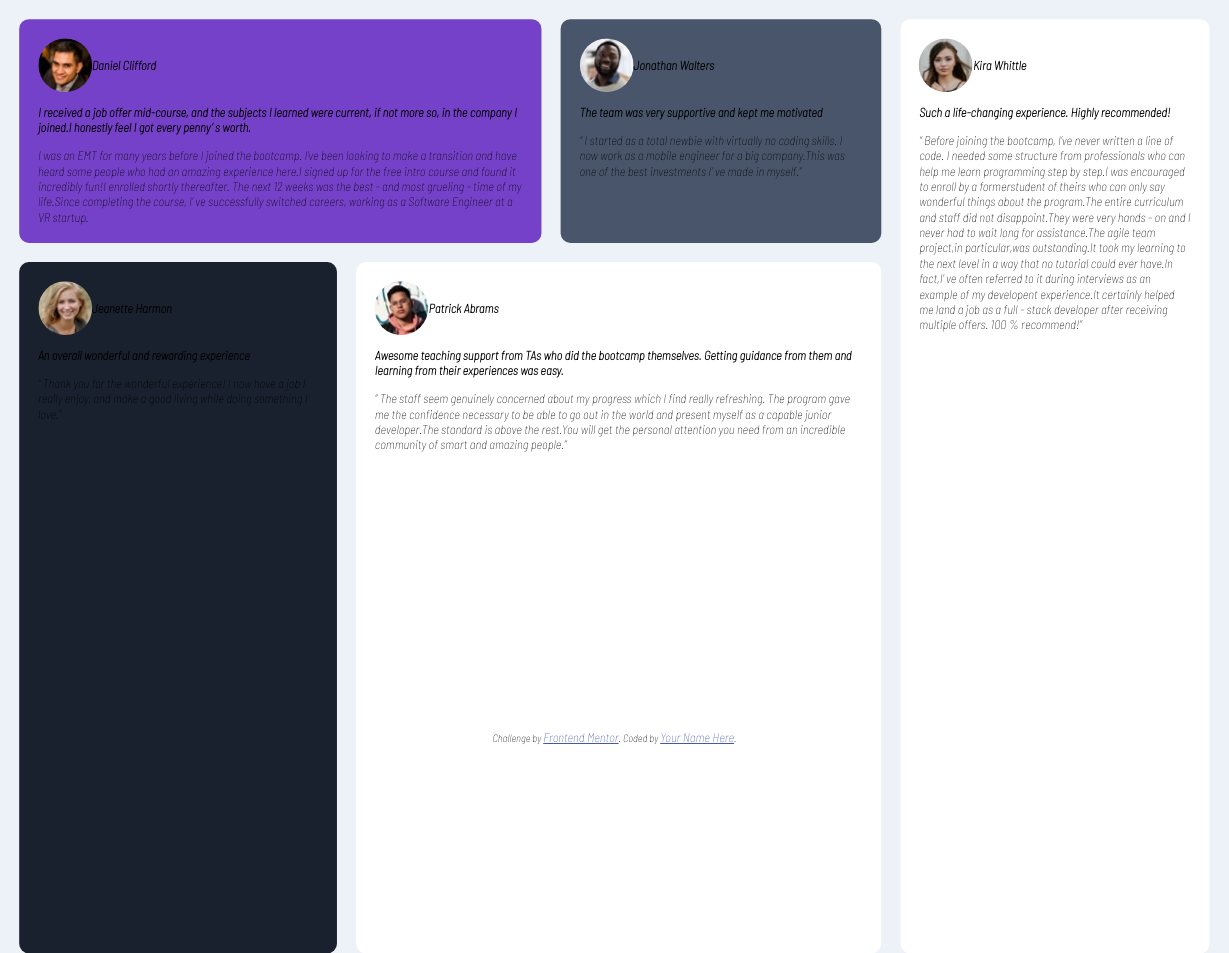
Repository: ibtihelbs/testimonials-grid-section-main
Page: index.html
The author's editor kept a copy of each file at every save. The page is drawn from the files as they stood at one save, then again after a run of saves.
The browser window is 1280 px wide. The pictures show the whole page, at 96% of full size.

Above is the page before, as saved 2022-04-13 16:57:56.

### index.html
<!DOCTYPE html>
<html lang="en">
<head>
  <meta charset="UTF-8">
  <meta name="viewport" content="width=device-width, initial-scale=1.0"> <!-- displays site properly based on user's device -->
  <link rel="stylesheet" href="style.css">
  <link rel="icon" type="image/png" sizes="32x32" href="./images/favicon-32x32.png">

  <title>Frontend Mentor | [Challenge Name Here]</title>

  <!-- Feel free to remove these styles or customise in your own stylesheet 👍 -->
  <style>
    .attribution { font-size: 11px; text-align: center; }
    .attribution a { color: hsl(228, 45%, 44%); }
  </style>
</head>
<body>
  <main>

  </main>
  <div class="attribution">
    Challenge by <a href="https://www.frontendmentor.io?ref=challenge" target="_blank">Frontend Mentor</a>.
    Coded by <a href="#">Your Name Here</a>.
  </div>
  <script src="app.js"></script>
</body>
</html>

### style.css
@import url("https://fonts.googleapis.com/css2?family=Barlow+Semi+Condensed:ital,wght@1,100&display=swap");

:root {
  /*### Primary*/

  --Moderate-violet: hsl(263, 55%, 52%);
  --Grayish-blue: hsl(217, 19%, 35%);
  --Blackish-blue: hsl(219, 29%, 14%);
  --White: hsl(0, 0%, 100%);

  /*### Neutral*/

  --Light-gray: hsl(0, 0%, 81%);
  --Light-grayish-blue: hsl(210, 46%, 95%);
}

* {
  padding: 0;
  margin: 0;
  font-size: 13px;
  font-family: "Barlow Semi Condensed";
  box-sizing: border-box;
}
body {
  background-color: var(--Light-grayish-blue);
}
main {
  height: 100vh;
  display: flex;
  flex-wrap: wrap;
  gap: 20px;
  margin: 20px;
}
.testimonial{
 padding:1rem;
 border-radius: 10px;
}
.testimonial>*{
  padding: .5rem;
}
section:nth-child(1) {
  grid-area: first;
  background-color: var(--Moderate-violet);
  color:var(--white);
}

section:nth-child(1) h6::before {
  content: url(images/image-daniel.jpg);
  border-radius: 50%;
}
section:nth-child(2) {
  grid-area: second;
  background-color: var(--Grayish-blue);
  color:var(--white);
}
section:nth-child(3) {
  grid-area: third;
  background-color: var(--White);

  order: 4;
}
section:nth-child(4) {
  grid-area: four;
  background-color: var(--Blackish-blue);

  order: 5;
}
section:nth-child(5) {
  grid-area: fifth;
  height: 100vh;
  background-color: var(--White);
  order: 3;
}

main {
  display: grid;
  grid-template-areas:
    'first first second third'
    'four fifth fifth third';
}
img{
  border-radius: 50%;
}
.figure{
  display:flex;
  align-items: center;
}

### app.js
let obj = []
let show = document.querySelector("main");
let _html=(title,h2,paragraph,img)=>{
  let section = document.createElement("section");
   section.setAttribute("class", "testimonial");
  let add = show.appendChild(section);
  section.innerHTML=`
      <div class="figure"><img src="${img}" alt=""><h5>${title}</h5></div>
      <h1>${h2}</h1>
      <p>${paragraph}</p>
   `;
}
let _LOOP = (fet) => {
  for (let i in fet) {
    let title = fet[i].title;
    let h2 = fet[i].h2;
    let paragraph = fet[i].paragraph;
    let img=fet[i].img;
    console.log(title,h2,paragraph);
    _html(title,h2,paragraph,img);
  }
}
fetch('data.json')
  .then((response) => response.json())
  .then((data) => {
    let strin = JSON.stringify(data);
    obj = JSON.parse(strin);
    _LOOP(obj);
  })

### data.json
[{
    "title": "Daniel Clifford",
    "h2": "I received a job offer mid-course, and the subjects I learned were current, if not more so,  in the company I joined.I honestly feel I got every penny’ s worth.",
    "paragraph": " I was an EMT for many years before I joined the bootcamp. I’ve been looking to make a transition and have heard some people who had an amazing experience here.I signed up for the free intro course and found it incredibly fun!I enrolled shortly thereafter. The next 12 weeks was the best - and most grueling - time of my life.Since completing the course, I’ ve successfully switched careers, working as a Software Engineer at a VR startup.",
    "img":"images/image-daniel.jpg"
},
{
    "title": "Jonathan Walters",
    "h2": " The team was very supportive and kept me motivated",
    "paragraph": " “ I started as a total newbie with virtually no coding skills. I now work as a mobile engineer for a big company.This was one of the best investments I’ ve made in myself.”",
    "img":"images/image-jonathan.jpg"
},
{
    "title": "Kira Whittle",
    "h2": "Such a life-changing experience. Highly recommended!",
    "paragraph": " “ Before joining the bootcamp, I’ve never written a line of code. I needed some structure from professionals who can help me learn programming step by step.I was encouraged to enroll by a formerstudent of theirs who can only say wonderful things about the program.The entire curriculum and staff did not disappoint.They were very hands - on and I never had to wait long for assistance.The agile team project,in particular,was outstanding.It took my learning to the next level in a way that no tutorial could ever have.In fact,I’ ve often referred to it during interviews as an example of my developent experience.It certainly helped me land a job as a full - stack developer after receiving multiple offers. 100 % recommend!”",
    "img":"images/image-kira.jpg"
},
{
    "title": "Jeanette Harmon",
    "h2": "An overall wonderful and rewarding experience",
    "paragraph": " “ Thank you for the wonderful experience! I now have a job I really enjoy, and make a good living while doing something I love.”",
    "img":"images/image-jeanette.jpg"
},

{
    "title": "Patrick Abrams",
    "h2": "Awesome teaching support from TAs who did the bootcamp themselves. Getting guidance from them and learning from their experiences was easy.",
    "paragraph": " “ The staff seem genuinely concerned about my progress which I find really refreshing. The program gave me the confidence necessary to be able to go out in the world and present myself as a capable junior developer.The standard is above the rest.You will get the personal attention you need from an incredible community of smart and amazing people.”",
    "img":"images/image-patrick.jpg"
}

]

After the next 2 saves:
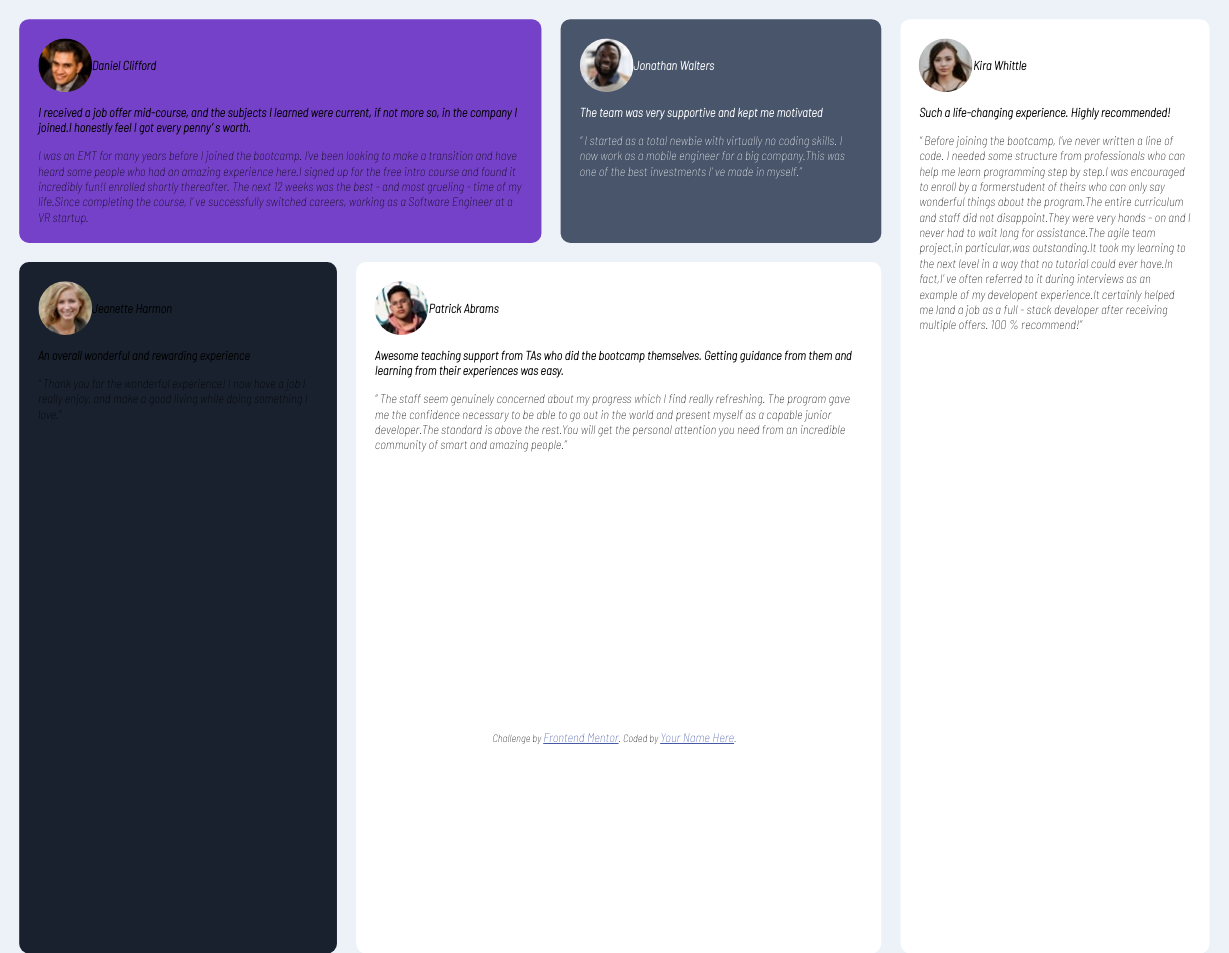
The 2 saves are shown as one change because they came seconds apart.
The last was saved 18 s later.
--- a/style.css
+++ b/style.css
@@ -51,7 +51,7 @@
 section:nth-child(2) {
   grid-area: second;
   background-color: var(--Grayish-blue);
-  color:var(--white);
+  color:var(--White);
 }
 section:nth-child(3) {
   grid-area: third;
